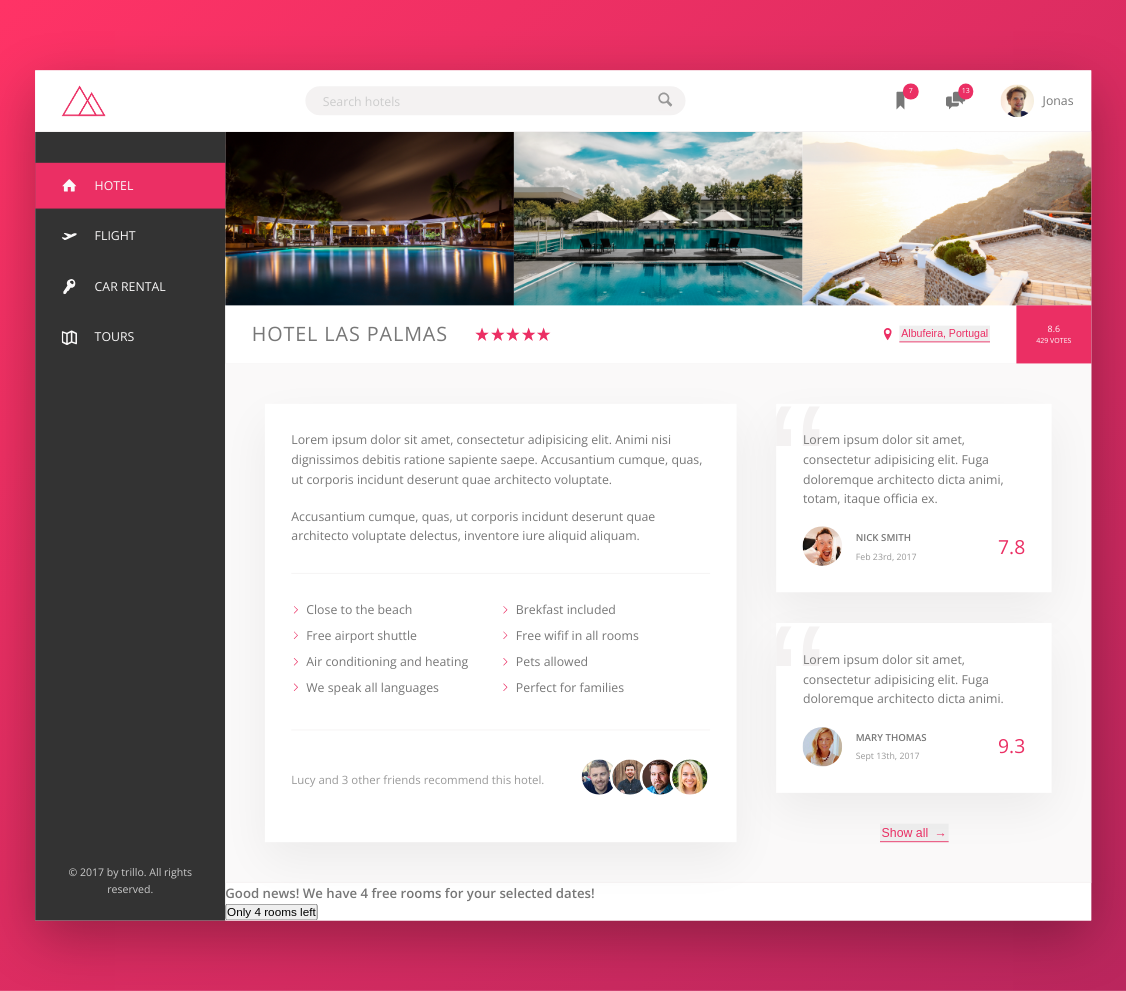
Repository: MalgorzataMazur/Trillo
Page: index.html
These files come from the project's save history. The page is drawn as it stood at one moment and after the next save; the edit follows.
The browser window is 1280 px wide. The pictures show the whole page, at 88% of full size.
The style sheet was rebuilt from its Sass, Less or Tailwind sources for each picture, by a compiler version that may differ from the author's.

Above is the page before, as saved 2020-03-28 12:51:22.

After the next save:
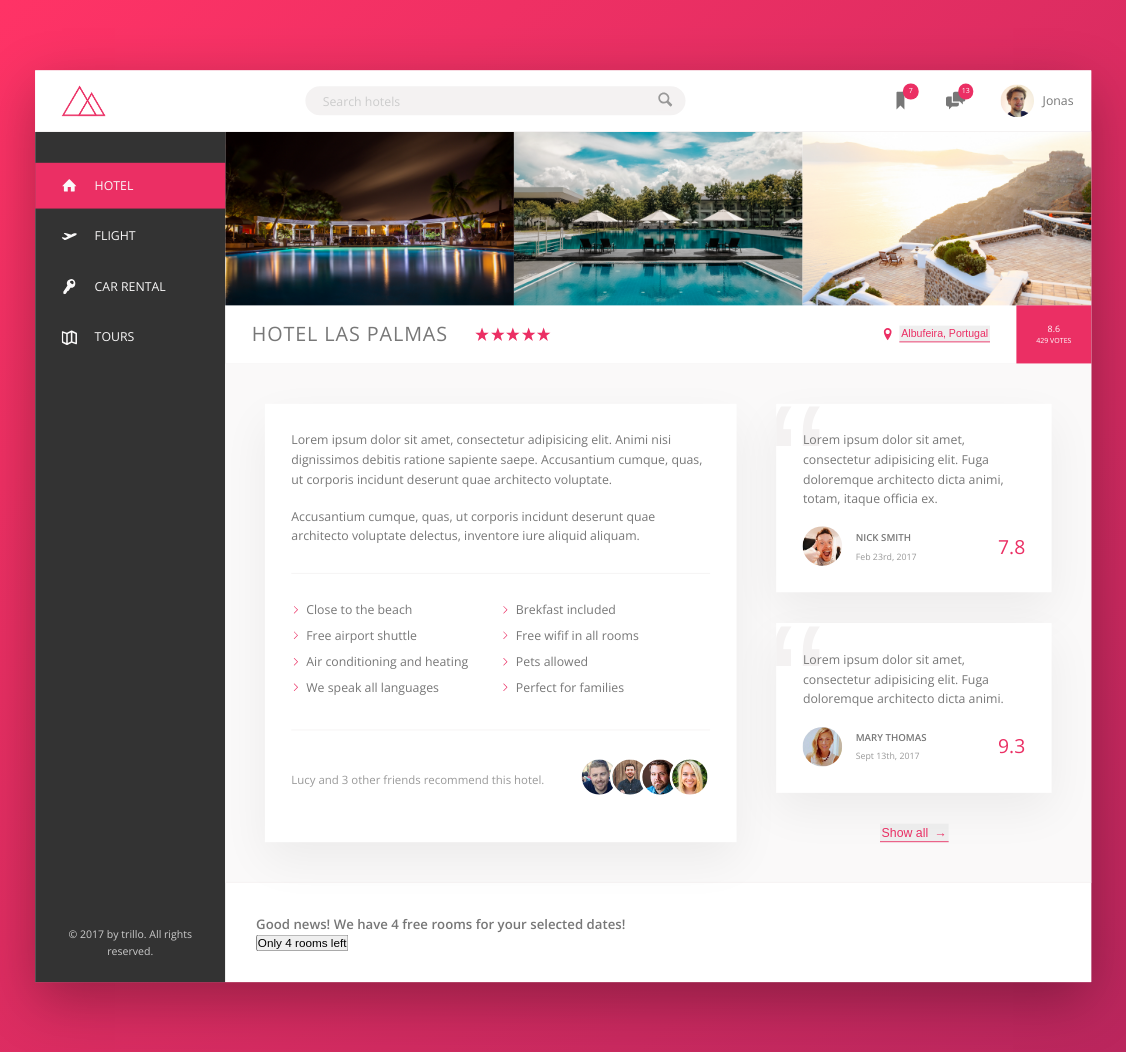
Saved 94 s later.
--- a/sass/_components.scss
+++ b/sass/_components.scss
@@ -464,3 +464,11 @@
         z-index: 1;
     }
 }
+
+
+
+/////////////////////////////////
+////CALL TO ACTION
+.cta {
+    padding: 3.5rem;
+}
